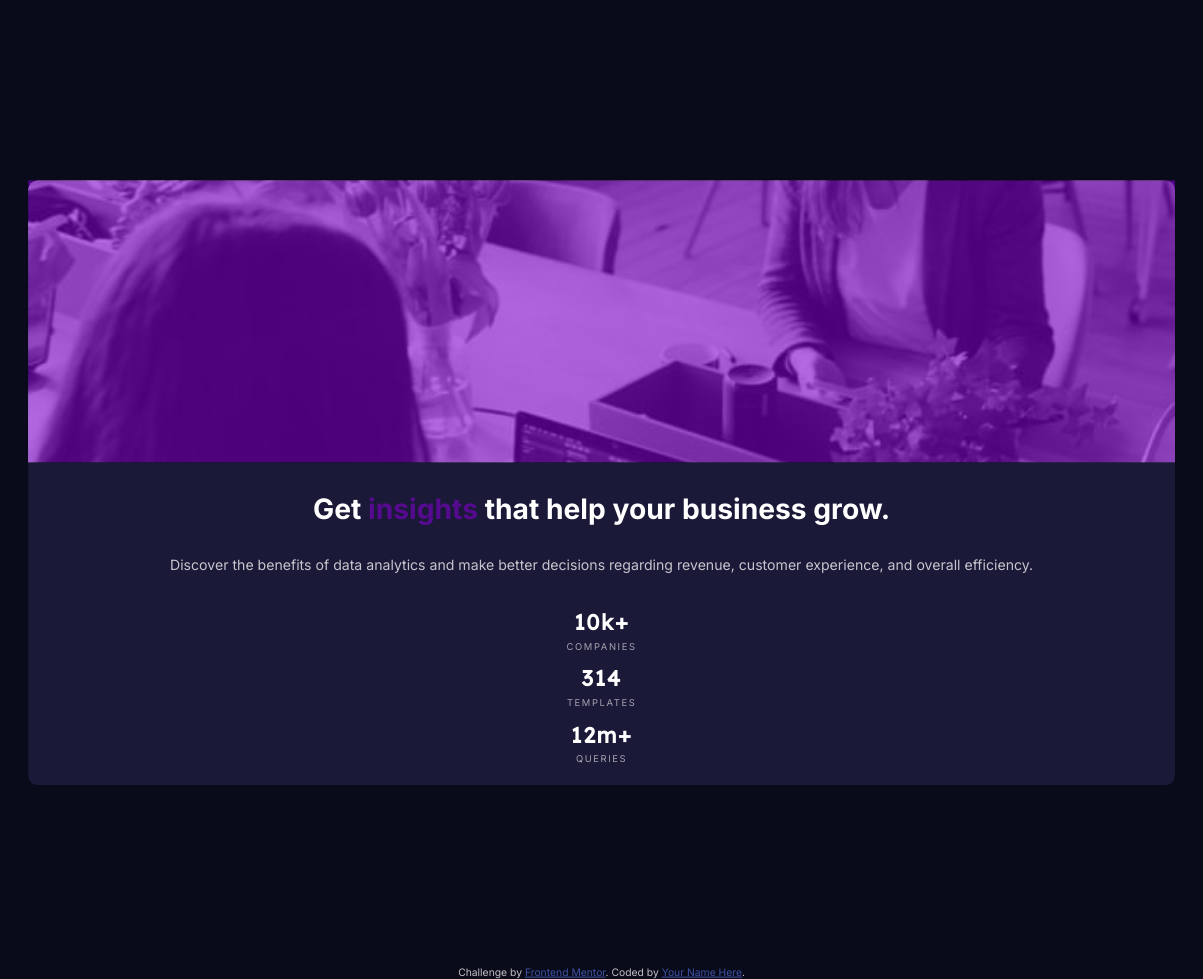
Repository: DejV44/stats-preview-card-component-main
Page: index.html
An editor plug-in stored every save of this project. The page is shown before and after the next save, followed by the edit.
The browser window is 1280 px wide. The pictures show the whole page, at 94% of full size.
The style sheet was rebuilt from its Sass, Less or Tailwind sources for each picture, by a compiler version that may differ from the author's.

Above is the page before, as saved 2021-07-05 23:01:29.

### index.html
<!DOCTYPE html>
<html lang="en">
<head>
  <meta charset="UTF-8">
  <meta name="viewport" content="width=device-width, initial-scale=1.0"> <!-- displays site properly based on user's device -->

  <link rel="icon" type="image/png" sizes="32x32" href="./images/favicon-32x32.png">
  <link rel="stylesheet" href="/css/style.css">


  <title>Frontend Mentor | Stats preview card component</title>
</head>
<body>
  <div class="container">
    <div class="picture">
      <div class="overlay"></div>
    </div>
    <div class="card">
      <h1>Get <span>insights</span> that help your business grow.</h1>

      <p>Discover the benefits of data analytics and make better decisions regarding revenue, customer
      experience, and overall efficiency.</p>

      <ul>
        <li><span>10k+</span> companies</li>
        <li><span>314</span> templates</li>
        <li><span>12m+</span> queries</li>
      </ul>
    </div>
  </div>


  <div class="attribution">
    Challenge by <a href="https://www.frontendmentor.io?ref=challenge" target="_blank">Frontend Mentor</a>.
    Coded by <a href="#">Your Name Here</a>.
  </div>
</body>
</html>

### css/style.scss
$mainBackground: hsl(233, 47%, 7%);
$cardBackground: hsl(244, 38%, 16%);
$accent: hsla(277, 100%, 40%, 0.589);

$mainHeading: hsl(0, 0%, 100%);
$mainParagraph: hsla(0, 0%, 100%, 0.75);
$statHeadings: hsla(0, 0%, 100%, 0.6);

@import url("https://fonts.googleapis.com/css2?family=Inter:wght@400;700&display=swap");

@import url("https://fonts.googleapis.com/css2?family=Lexend+Deca&display=swap");

* {
  margin: 0;
  padding: 0;
  box-sizing: border-box;
}

body {
  font-family: "Inter", sans-serif;
  font-size: 15px;
  background-color: $mainBackground;

  .container {
    margin: 15% 30px;
    border-radius: 10px;
    .picture {

      border-radius: 10px 10px 0 0;
      background: url("/images/image-header-mobile.jpg");
      background-position: center;
      background-size: cover;
      background-repeat: no-repeat;
      height: 300px;

      .overlay {
        background-color: $accent;
        background-size: cover;
        height: 300px;
      }
    }

    .card {
        border-radius: 0 0 10px 10px;
        background: $cardBackground;
        text-align: center;

        h1 {
            margin: 0 auto;
            padding: 30px 25px;
            color: $mainHeading;
            text-align: center;
            line-height: 1.3;
            span {
                color: $accent;
                line-height: 1.3;
            }
        }
        p {
          color: $mainParagraph;
          padding: 0 20px 20px 20px;
          margin-bottom: 10px;
        }

        ul {
          padding-bottom: 15px;
          font-size: 10px;
          letter-spacing: 1.7px;
          color: $statHeadings;
          li {
            list-style: none;
            text-transform: uppercase;
            padding: 7px 0;


            span {
              padding-bottom: 5px;
              display: block;
              text-transform: lowercase;
              font-family: "lexend Deca" ,sans-serif;
              font-weight: 700;
              font-size: 23px;
              color: $mainHeading;
            }
          }
        }
    }
  }

  .attribution {
    font-size: 11px;
    text-align: center;
    color: $mainParagraph;

    a {
      color: hsl(228, 45%, 44%);
    }
  }
}

@media (min-width:768px) {

}

After the next save:
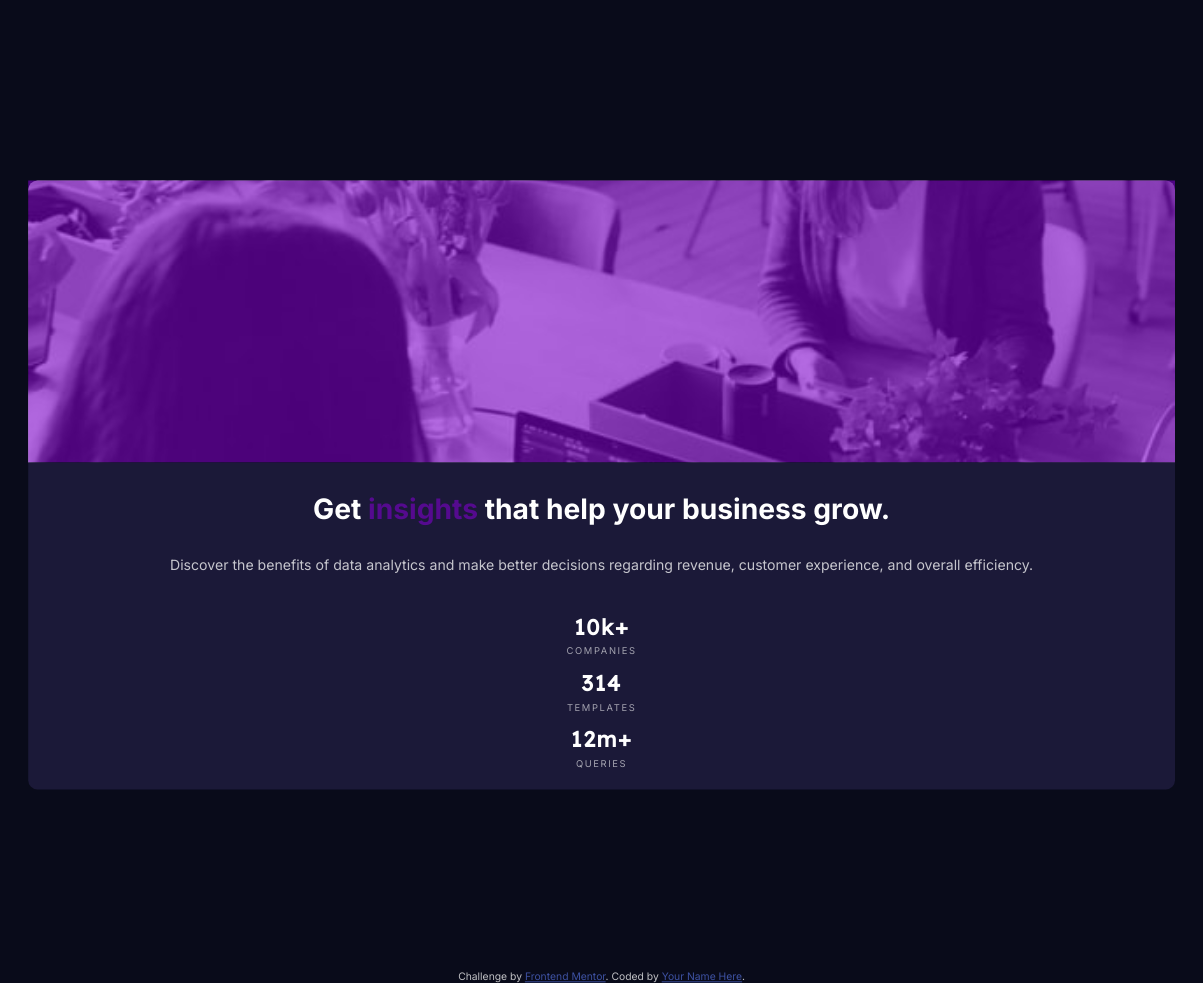
Saved 7 s later.
--- a/css/style.scss
+++ b/css/style.scss
@@ -59,7 +59,7 @@ body {
         p {
           color: $mainParagraph;
           padding: 0 20px 20px 20px;
-          margin-bottom: 10px;
+          margin-bottom: 15px;
         }
 
         ul {
